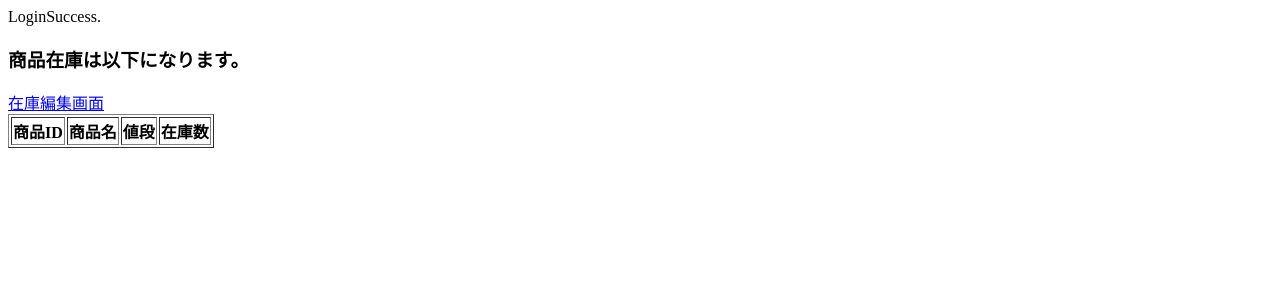
Repository: sachiyuki/java
Page: http://localhost/AdminLogin/adminpage.jsp
An editor plug-in stored every save of this project. The page is shown before and after the next save, followed by the edit.
The browser window is 1280 px wide. The pictures show the whole page.
The page is served by Tomcat 9.

Above is the page before, as saved 2018-03-05 07:49:04.

After the next save:
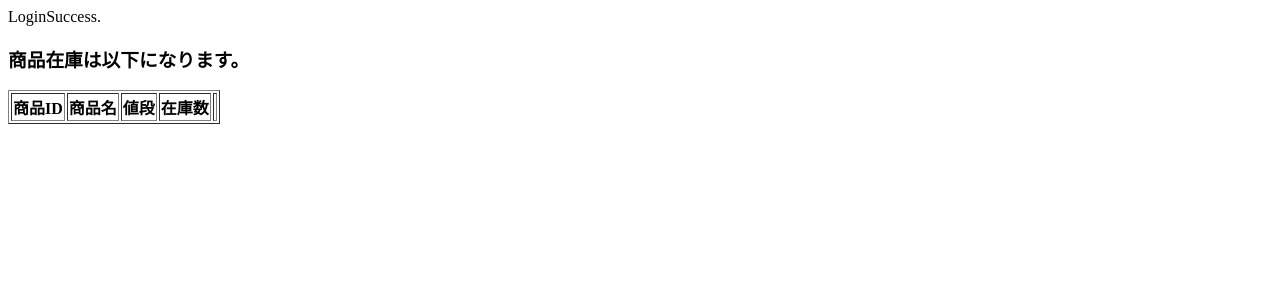
Saved 7 min 32 s later.
--- a/AdminLogin/WebContent/adminpage.jsp
+++ b/AdminLogin/WebContent/adminpage.jsp
@@ -15,14 +15,13 @@ LoginSuccess.
 <h3>商品在庫は以下になります。</h3>
 <s:form>
 
-<a href="itemedit.jsp">在庫編集画面</a>
-
 <table border="1">
 <tr>
 	<th>商品ID</th>
 	<th>商品名</th>
 	<th>値段</th>
 	<th>在庫数</th>
+	<th></th>
 </tr>
 <s:iterator value="itemList">
 <tr>
@@ -30,6 +29,12 @@ LoginSuccess.
 	<td><s:property value="itemName"/></td>
 	<td><s:property value="itemPrice"/></td>
 	<td><s:property value="itemStock"/></td>
+	<td>
+	<s:form action="itemAction">
+		<input type="hidden" name="itemId" value='<s:property value="id"/>'/>
+		<s:submit value="編集" method="edit"/>
+	</s:form>
+	</td>
 </tr>
 </s:iterator>
 </table>
